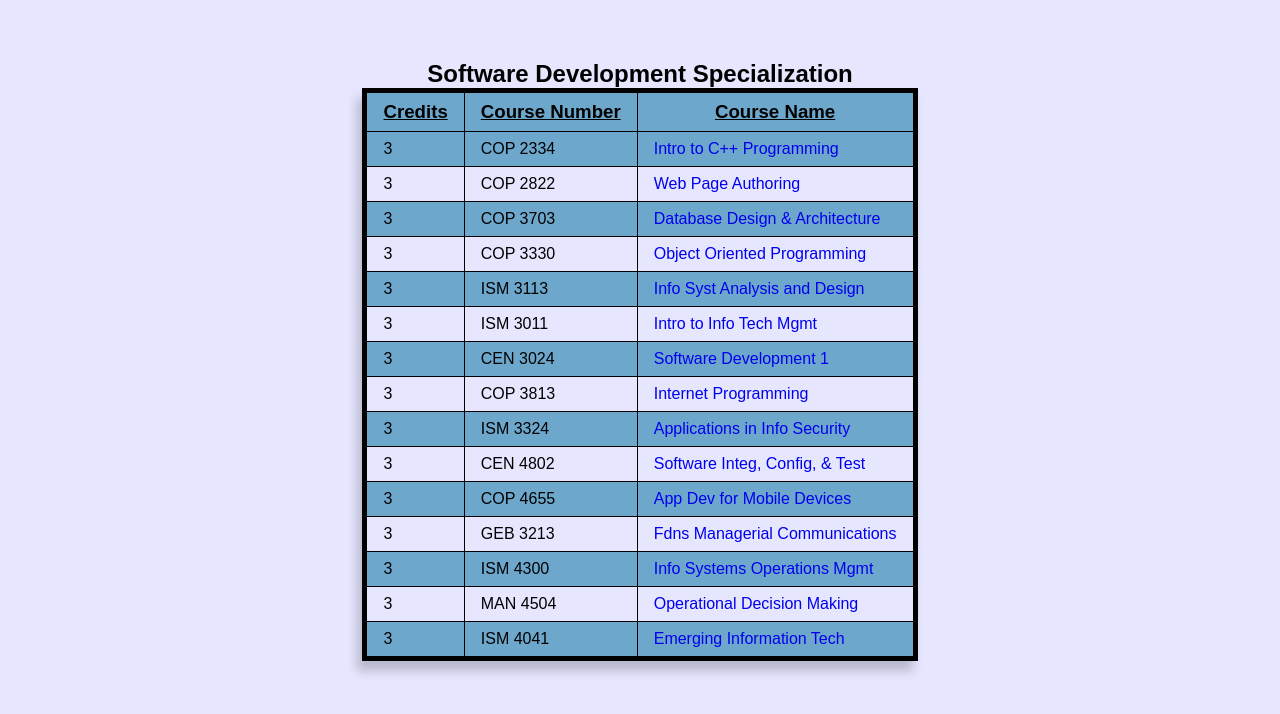
Repository: mlmEFSC21/P5-DegreeTableStyling
Page: FormattedProgramSpecialization2.html
These files come from the project's save history. The page is drawn as it stood at one moment and after the next save; the edit follows.
The browser window is 1280 px wide. The pictures show the whole page.
Some web fonts or font styles are not loaded; a fallback is used.

Above is the page before, as saved 2022-02-07 16:00:24.

After the next save:
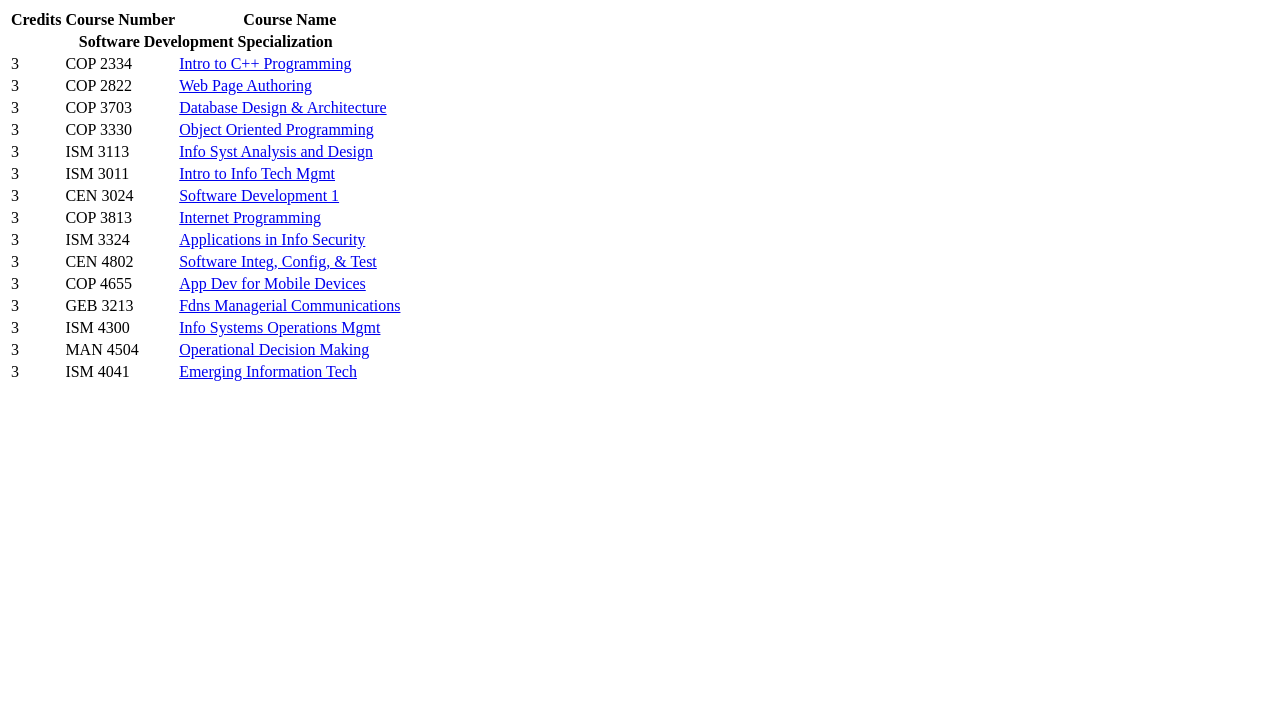
Saved 38 s later.
--- a/FormattedProgramSpecialization2.html
+++ b/FormattedProgramSpecialization2.html
@@ -4,14 +4,19 @@
         <meta charset="UTF-8" />
         <meta http-equiv="X-UA-Compatible" content="IE=edge" />
         <meta name="viewport" content="width=device-width, initial-scale=1.0" />
-        <link rel="stylesheet" href="tableStyles.css" />
+        <link rel="preconnect" href="https://fonts.googleapis.com" />
+        <link rel="preconnect" href="https://fonts.gstatic.com" crossorigin />
+        <link
+            href="https://fonts.googleapis.com/css2?family=Spectral:wght@300&display=swap"
+            rel="stylesheet"
+        />
         <title>Degree Specialization Table</title>
     </head>
     <body>
         <table>
-            <caption class="tableTitle">
-                Software Development Specialization
-            </caption>
+            <tr class="tableTitle">
+                <th colspan="3">Software Development Specialization</th>
+            </tr>
             <thead>
                 <tr class="colTitles">
                     <th>Credits</th>
